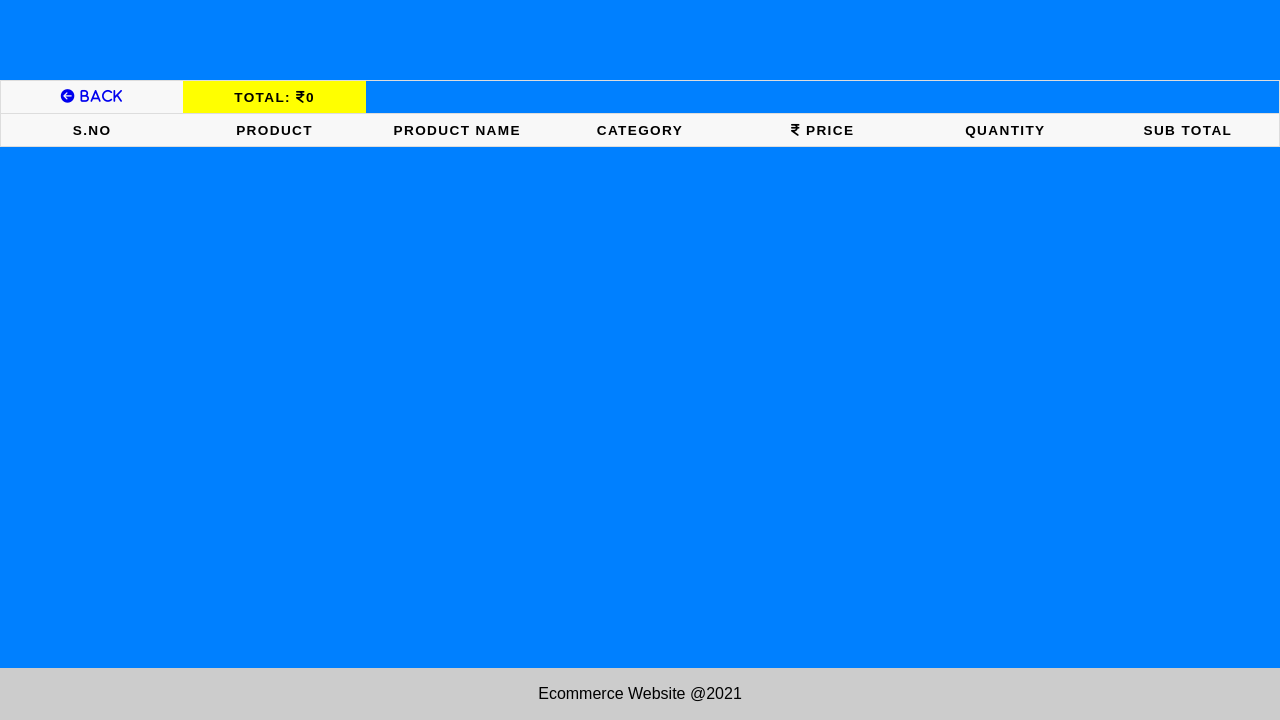
Repository: Narender-123/JavaOnlineShopingProject
Page: http://localhost/OnlineShoppingProject/addressPaymentForOrder.jsp
These files come from the project's save history. The page is drawn as it stood at one moment and after the next save; the edit follows.
The browser window is 1280 px wide. The pictures show the whole page.
Some web libraries are served in a nearby version. The page is served by Tomcat 9. The session is filled in as if someone had signed in: {"email": "test@example.com"}. Queries for data that is not in the repository find no rows.

Above is the page before, as saved 2021-05-31 16:10:27.

### OnlineShoppingProject/WebContent/addressPaymentForOrder.jsp
<%@page import="project.ConnectionProvider" %>
<%@page import="java.sql.*" %>
<%@include file="footer.jsp" %>


<!DOCTYPE html PUBLIC "-//W3C//DTD HTML 4.01 Transitional//EN" "http://www.w3.org/TR/html4/loose.dtd">
<html>
<head>
<link rel="stylesheet" href="css/addressPaymentForOrder-style.css">

<script src='https://kit.fontawesome.com/a076d05399.js'></script>
<title>Home</title>

<script type="text/javascript">
if(window.history.forward(1)!=null)
	window.history.forward(1);
</script>

</head>
<body>
<br>
<table>
<thead>
<%
String email = session.getAttribute("email").toString();
int total = 0;
int sno = 0;
try{
	Connection con = ConnectionProvider.getCon();
	Statement smt = con.createStatement();
	ResultSet rs = smt.executeQuery("Select Sum(total) From Cart Where email='"+email+"' and address is Null");
	while(rs.next()){
		total = rs.getInt(1);
	}
%>
          <tr>
          <th scope="col"><a href="myCart.jsp"><i class='fas fa-arrow-circle-left'> Back</i></a></th>
            <th scope="col" style="background-color: yellow;">Total: <i class="fa fa-inr"></i><%= total %></th>
          </tr>
        </thead>
        <thead>
          <tr>
          <th scope="col">S.No</th>
          <th scope="col">Product</th>
            <th scope="col">Product Name</th>
            <th scope="col">Category</th>
            <th scope="col"><i class="fa fa-inr"></i> price</th>
            <th scope="col">Quantity</th>
            <th scope="col">Sub Total</th>
          </tr>
        </thead>
        <tbody>
        <%
       ResultSet rs1 = smt.executeQuery(" Select * from product inner join cart on product.id = cart.product_id and cart.email='"+email+"' and cart.address is null ");
      	while(rs1.next())
      	{
      %>
          <tr>
          <% sno = sno+1; %>
          <td><%= sno %></td>
          <td><img class="img1" src="images/<%=rs1.getString(6)%>"></td>
            <td><%= rs1.getString(2)%></td>
            <td><%= rs1.getString(3)%></td>
            <td><i class="fa fa-inr"></i> <%= rs1.getString(4)%></td>
            <td><%= rs1.getString(8)%></td>
            <td><i class="fa fa-inr"></i><%= rs1.getString(11)%></td>
            </tr>
        <%
         }
      	ResultSet rs2= smt.executeQuery("Select* From Users where email = '"+email+"'");
      	while(rs2.next())
      	{
      	%>
        </tbody>
      </table>

<hr style="width: 100%">
<form action="addreesPaymentForOrderAction.jsp" method="post">
 <div class="left-div">
 <h3>Enter Address</h3>
<input class="input-style" type="text" name="address" value="<%= rs2.getString(7) %>" placeholder="Enter the Address" required/>
 </div>

<div class="right-div">
<h3>Enter city</h3>
<input class="input-style" type="text" name="city" value="<%= rs2.getString(8) %>" placeholder="Enter the City" required/>
</div>

<div class="left-div">
<h3>Enter State</h3>
<input class="input-style" type="text" name="state" value="<%= rs2.getString(9) %>" placeholder="Enter the State" required/>
</div>

<div class="right-div">
<h3>Enter country</h3>
<input class="input-style" type="text" name="country" value="<%= rs2.getString(10) %>" placeholder="Enter the Country" required/>
</div>
<h3 style="color: red">*If there is no address its mean that you did not set you address!</h3>
<h3 style="color: red">*This address will also updated to your profile</h3>
<hr style="width: 100%">
<div class="left-div">
<h3>Select way of Payment</h3>
 <select class="input-style" name="paymentMethod">
 <option value="Cash on Delivery(COD)">Cash on Delivery(COD)</option>
 <option value="Online Payment">Online Payment</option>
 </select>
</div>

<div class="right-div">
<h3>Pay online on this btechdays@pay.com</h3>
<input class="input-style" type="text" name="transactionId" placeholder="Enter the Transaction id">
<h3 style="color: red">*If you select online Payment then enter you transaction ID here otherwise leave this blank</h3>
</div>
<hr style="width: 100%">

<div class="left-div">
<h3>Mobile Number</h3>
<input class="input-style" type="text" name="mobileNumber" value="<%=rs2.getString(3)%>" placeholder="Enter the Mobile Number" required>
<h3 style="color: red">*This mobile number will also updated to your profile</h3>
</div>

<div class="right-div">
<h3 style="color: red">*If you enter wrong transaction id then your order will we can cancel!</h3>
<button class="button" type="submit">Proceed to Genertate Bill & Save <i class='far fa-arrow-alt-circle-right'></i></button>
<h3 style="color: red">*Fill form correctly</h3>
</div>
</form>
<%
}
}catch(Exception ae){
	System.out.println(ae);
}
%>

      <br>
      <br>
      <br>

</body>
</html>

### OnlineShoppingProject/WebContent/footer.jsp
 <div class="footer">
 	<p>Ecommerce Website @2021</p>
 </div>

### OnlineShoppingProject/src/project/ConnectionProvider.java
package project;

import java.sql.*;

public class ConnectionProvider {

	public static Connection getCon() {
		try {
			Class.forName("com.mysql.cj.jdbc.Driver");
			Connection con=DriverManager.getConnection("jdbc:mysql://localhost:3306/ospjsp","root","");
			return con;
		} catch (Exception e) {
			System.out.println(e);
			return null;
		}
	}

//	public static void main(String args[]) {
//		Connection con= getCon();
//		try {
//			System.out.println("Connection is Suessfull=> Driver Name: "+con.getMetaData().getDriverName());
//		} catch (SQLException e) {
//			// TODO Auto-generated catch block
//			e.printStackTrace();
//		}
//	}
}

### OnlineShoppingProject/WebContent/css/addressPaymentForOrder-style.css
    body {
  font-family: "Open Sans", sans-serif;
  line-height: 1.25;
  background-color: #0080FF;
}

a
{
	text-decoration: none;
}
.sticky {
  position: -webkit-sticky;
  position: sticky;
  top: 0;
}

table {
  border: 1px solid #ccc;
  border-collapse: collapse;
  margin: 0;
  padding: 0;
  width: 100%;
  /*margin-left: 5%;*/
  table-layout: fixed;
}

table caption {
  font-size: 1.5em;
  margin: .5em 0 .75em;
}

table tr {
  background-color: #f8f8f8;
  border: 1px solid #ddd;
  padding: .35em;
}

table th,
table td {
  padding: .625em;
  text-align: center;
}

table th {
  font-size: .85em;
  letter-spacing: .1em;
  text-transform: uppercase;
}

@media screen and (max-width: 600px) {
  table {
    border: 0;
  }

  table caption {
    font-size: 1.3em;
  }

  table thead {
    border: none;
    clip: rect(0 0 0 0);
    height: 1px;
    margin: -1px;
    overflow: hidden;
    padding: 0;
    position: absolute;
    width: 1px;
  }

  table tr {
    border-bottom: 3px solid #ddd;
    display: block;
    margin-bottom: .625em;
  }

  table td {
    border-bottom: 1px solid #ddd;
    display: block;
    font-size: .8em;
    text-align: right;
  }

  table td::before {
    /*
    * aria-label has no advantage, it won't be read inside a table
    content: attr(aria-label);
    */
    content: attr(data-label);
    float: left;
    font-weight: bold;
    text-transform: uppercase;
  }

  table td:last-child {
    border-bottom: 0;
  }
}

/*Header Css*/
* {box-sizing: border-box;}

    body {
      margin: 0;
      font-family: Arial, Helvetica, sans-serif;
    }


/*footer*/
.footer {
   position: fixed;
   left: 0;
   bottom: 0;
   width: 100%;
   background-color:#ccc;
   color:black;
   text-align: center;
}





.input-style {
  width: 90%;
  padding: 12px 20px;
  margin-left:5%;
  box-sizing: border-box;
  border: none;
  background-color:white;
  color: black;
  font-size: 16px;
}

input[type=text]:focus, textarea:focus,button:focus{
  outline: 4px solid orange;
  background-color:rgb(224, 255, 219);     /* oranges! yey */
}

.button {
  background-color: aqua;
  border: none;
  color: black;
  padding: 12px 20px;
  text-align: center;
  text-decoration: none;
  display: inline-block;
  font-size: 14px;
  margin: 4px 2px;
  transition-duration: 0.4s;
  cursor: pointer;
  margin-left:5%;
  font-size: 16px;
  width: 90%;
   border-radius: 25px;
}

.button:hover {
  background-color: #555555;
  color: white;
}

hr
{
	width: 90%
}
h3
{
	text-align: center;
	color: white;
}
.alert
{
	color:yellow;
}

.profile-style
{
	border-style: dotted;

}

.left-div
{
	width: 50%;
	display:inline-block;
}

.right-div
{
	float:right;
	width: 50%;
	display:inline-block;
}

### OnlineShoppingProject/WebContent/css/home-style.css
  body {
  font-family: "Times New Roman";
  background-color: #f15c5c;
  color:black;
  line-height: 1.25;
  background-image: url("../images/admin2.jpg");
  background-repeat:no-repeat;
  background-size: 100% 98%;
}

.img1 {
	height: 50px;
	width : 50px;
}

html {
    height: 100%
}
a
{
	text-decoration: none;
}
.sticky {
  position: -webkit-sticky;
  position: sticky;
  top: 0;
}

table {
  border: 1px solid #ccc;
  border-collapse: collapse;
  margin: 0;
  padding: 0;
  width: 100%;
  /*margin-left: 5%;*/
  table-layout: fixed;
}

table caption {
  font-size: 1.5em;
  margin: .5em 0 .75em;
}

table tr {
  background-color: #f8f8f8;
  border: 1px solid #ddd;
  padding: .35em;
}

table th,
table td {
  padding: .625em;
  text-align: center;
}

table th {
  font-size: .85em;
  letter-spacing: .1em;
  text-transform: uppercase;
}

@media screen and (max-width: 600px) {
  table {
    border: 0;
  }

  table caption {
    font-size: 1.3em;
  }

  table thead {
    border: none;
    clip: rect(0 0 0 0);
    height: 1px;
    margin: -1px;
    overflow: hidden;
    padding: 0;
    position: absolute;
    width: 1px;
  }

  table tr {
    border-bottom: 3px solid #ddd;
    display: block;
    margin-bottom: .625em;
  }

  table td {
    border-bottom: 1px solid #ddd;
    display: block;
    font-size: .8em;
    text-align: right;
  }

  table td::before {
    /*
    * aria-label has no advantage, it won't be read inside a table
    content: attr(aria-label);
    */
    content: attr(data-label);
    float: left;
    font-weight: bold;
    text-transform: uppercase;
  }

  table td:last-child {
    border-bottom: 0;
  }
}

/*Header Css*/
* {box-sizing: border-box;}

    body {
      margin: 0;
      font-family: Arial, Helvetica, sans-serif;
    }

    .topnav {
      overflow: hidden;
      background-color: #e9e9e9;
    }

    .topnav a {
      float: left;
      display: block;
      color: black;
      text-align: center;
      padding: 14px 16px;
      text-decoration: none;
      font-size: 17px;
    }

    .topnav a:hover {
      background-color: #ddd;
      color: black;
    }

    .topnav a.active {
      background-color: #2196F3;
      color: white;
    }

    .topnav .search-container {
      float: right;
    }

    .topnav input[type=text] {
      padding: 6px;
      margin-top: 8px;
      font-size: 17px;
      border: none;
    }

    .topnav .search-container button {
      float: right;
      padding: 6px 10px;
      margin-top: 8px;
      margin-right: 16px;
      background: #ddd;
      font-size: 17px;
      border: none;
      cursor: pointer;
    }

    .topnav .search-container button:hover {
      background: #ccc;
    }

    @media screen and (max-width: 600px) {
      .topnav .search-container {
        float: none;
      }
      .topnav a, .topnav input[type=text], .topnav .search-container button {
        float: none;
        display: block;
        text-align: left;
        width: 100%;
        margin: 0;
        padding: 14px;
      }
      .topnav input[type=text] {
        border: 1px solid #ccc;
      }

    }
/*footer*/
.footer {
   position: fixed;
   left: 0;
   bottom: 0;
   width: 100%;
   background-color:#ccc;
   color:black;
   text-align: center;
}

.h2222 {
  width: 100%;
  padding: 12px 20px;
  margin: 8px 0;
  box-sizing: border-box;
  border: none;
  background-color: #3CBC8D;
  color: white;
}

After the next save:
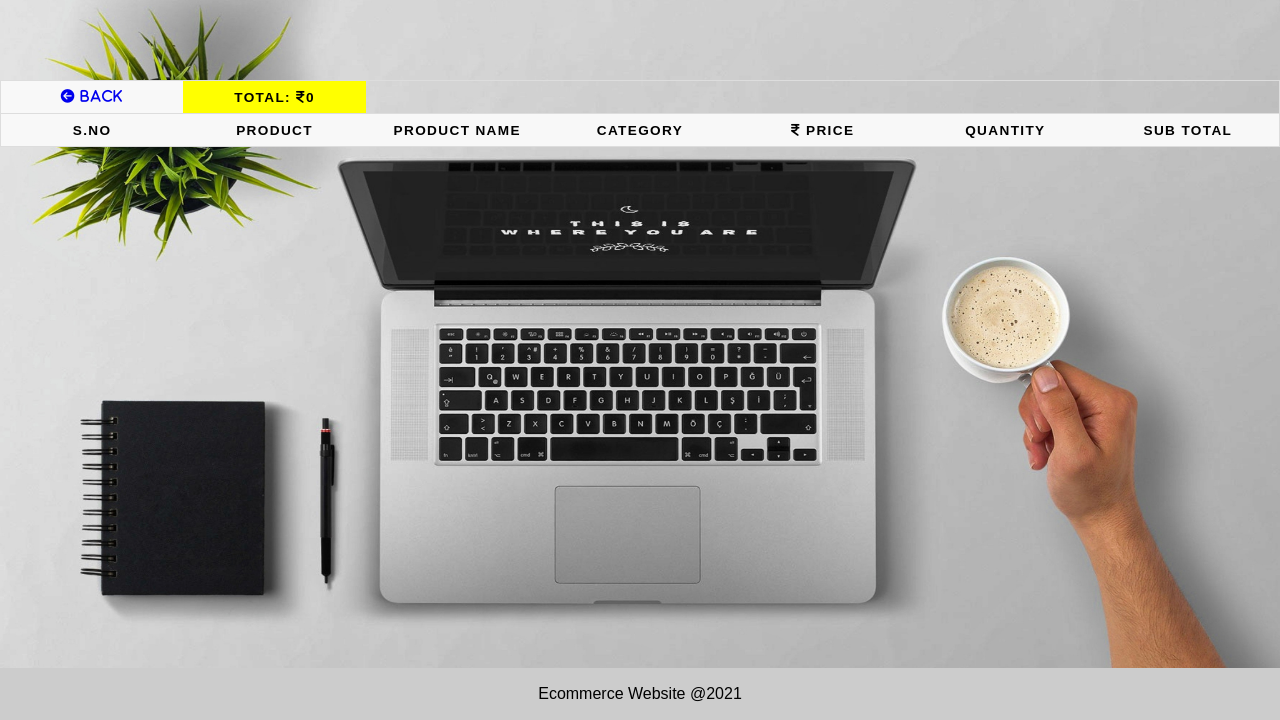
Saved 46 s later.
--- a/OnlineShoppingProject/WebContent/addressPaymentForOrder.jsp
+++ b/OnlineShoppingProject/WebContent/addressPaymentForOrder.jsp
@@ -7,7 +7,7 @@
 <html>
 <head>
 <link rel="stylesheet" href="css/addressPaymentForOrder-style.css">
-
+<link rel="stylesheet" href="../css/home-style.css">
 <script src='https://kit.fontawesome.com/a076d05399.js'></script>
 <title>Home</title>
 
